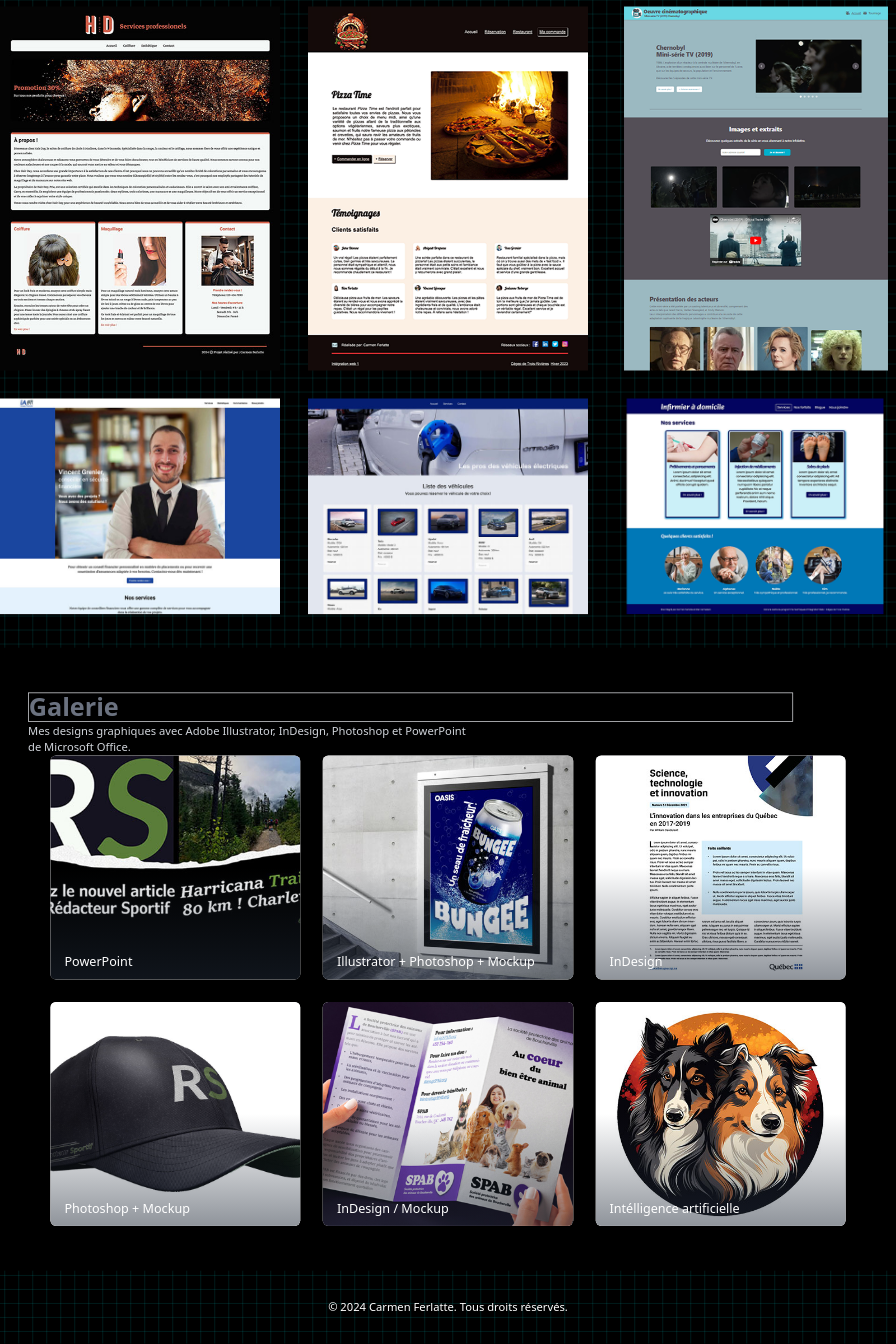
Repository: CarmenFerlatte/TP3__FerlatteCarmen
Page: realisations.html
The author's editor kept a copy of each file at every save. The page is drawn from the files as they stood at one save, then again after the next save.
The browser window is 1280 px wide. The pictures show the part of the page from y = 1015 to 2935 px (the page is 2935 px tall before and 2871 px after), at 70% of full size.
Some web libraries are served in a nearby version. The style sheet was rebuilt from its Sass, Less or Tailwind sources for each picture, by a compiler version that may differ from the author's.

Above is the page before, as saved 2024-08-22 11:32:41.
Console error: TypeError: Cannot read properties of null (reading 'addEventListener')

After the next save:
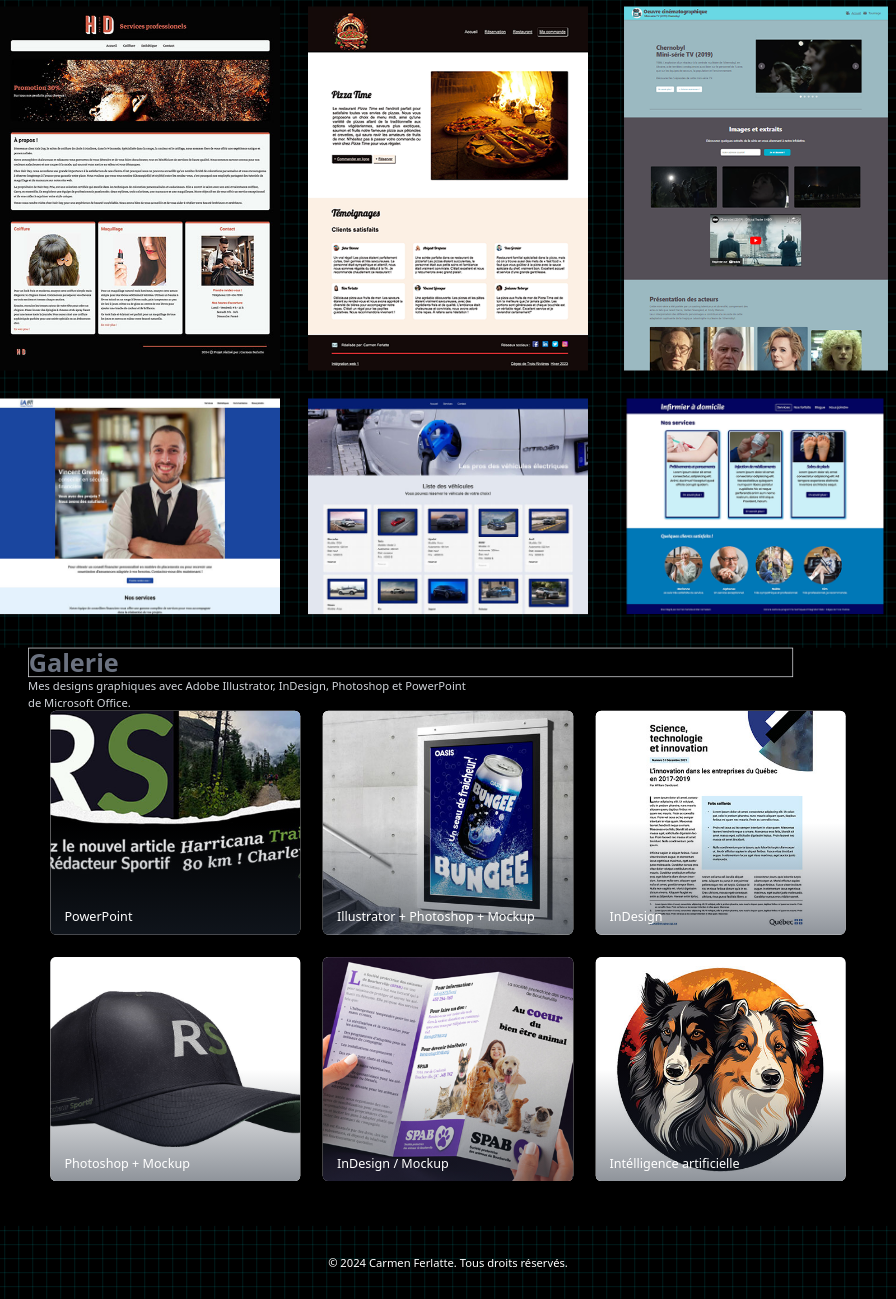
Saved 48 s later.
--- a/realisations.html
+++ b/realisations.html
@@ -106,7 +106,7 @@
         </div>
     </div>
 </section>
-    <section class="dark:bg-gray-800 h-full pt-16">
+    <section class="dark:bg-gray-800 h-full">
         <div class="w-11/12 px-10">
             <h2 id="galerie" class="text-2xl md-text-3xl lg:text-4xl font-bold text-gray-500 dark:text-white border">Galerie</h2>
 

After the 3 saves that followed:
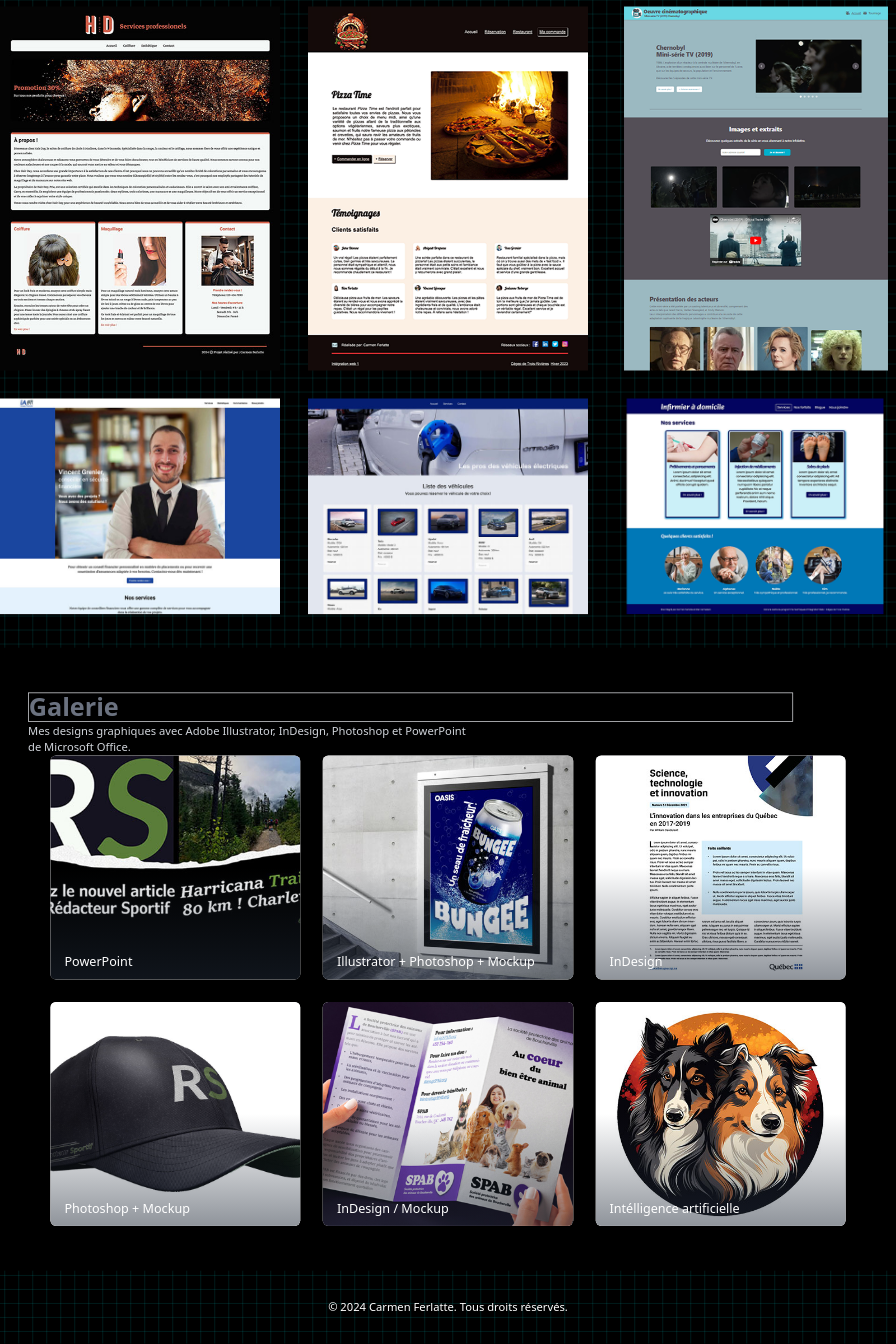
The 3 saves are shown as one change because 1 left the picture as it was and some came seconds apart.
The last was saved 24 s later.
--- a/realisations.html
+++ b/realisations.html
@@ -106,7 +106,7 @@
         </div>
     </div>
 </section>
-    <section class="dark:bg-gray-800 h-full">
+    <section class="dark:bg-gray-800 h-full pt-16">
         <div class="w-11/12 px-10">
             <h2 id="galerie" class="text-2xl md-text-3xl lg:text-4xl font-bold text-gray-500 dark:text-white border">Galerie</h2>
 
